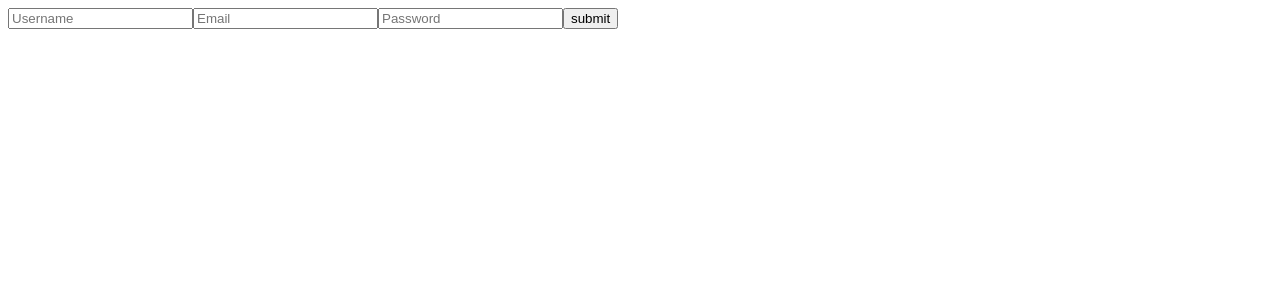
Repository: Ahmed123rezk123/Clinic
Page: index.html
The author's editor kept a copy of each file at every save. The page is drawn from the files as they stood at one save, then again after the next save.
The browser window is 1280 px wide. The pictures show the whole page.
Empty fields were first filled with sample values (such as "Sample", 5 or name@example.com).
After loading, the first visible `button` was clicked once.
Some web fonts or font styles are not loaded; a fallback is used.

Above is the page before, as saved 2024-04-26 17:50:49.

After the next save:
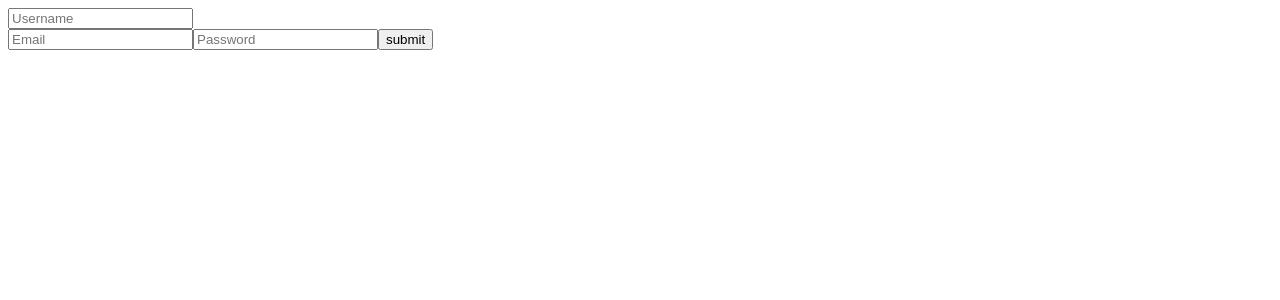
Saved 19 s later.
--- a/index.html
+++ b/index.html
@@ -21,7 +21,7 @@
   <script>
     function book(){
       document.write("<form>")
-        document.write("<input type=text placeholder=Username>")
+        document.write("<input type=text placeholder=Username> <br/>")
         document.write("<input type=email placeholder=Email>")
         document.write("<input type=password placeholder=Password>")
         document.write("<input type=submit value=submit>")
